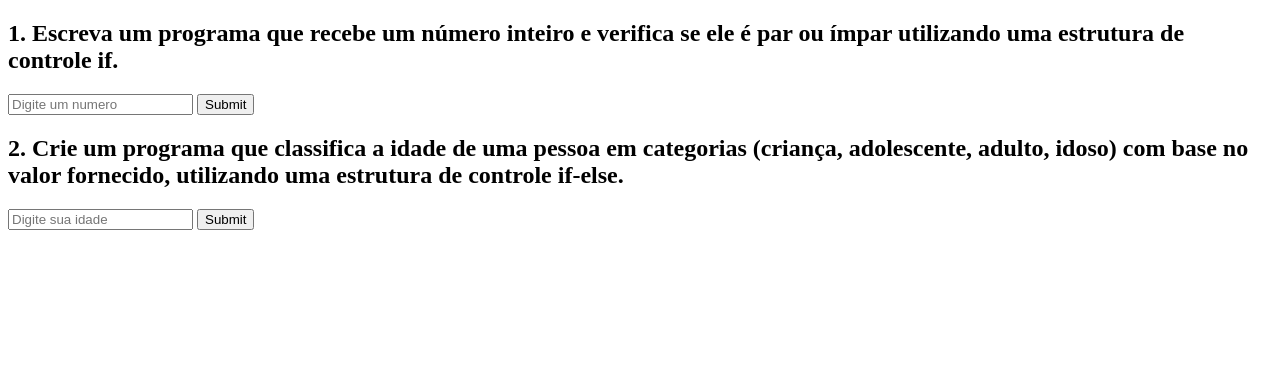
Repository: chidekina/prati-logica
Page: index.html
An editor plug-in stored every save of this project. The page is shown before and after a run of saves, followed by the edit.
The browser window is 1280 px wide. The pictures show the whole page.

Above is the page before, as saved 2025-04-29 13:58:12.

After the next 2 saves:
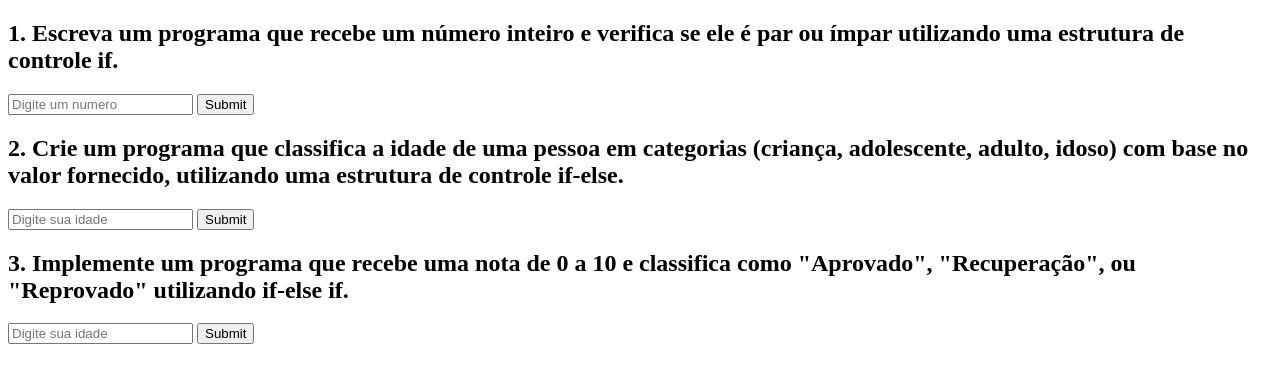
The 2 saves are shown as one change because they came seconds apart.
The last was saved 90 s later.
--- a/index.html
+++ b/index.html
@@ -30,6 +30,17 @@ controle if-else.
     </div>
     <h3 id="answer2"></h3>
 </div>
+    <div>
+        <h2>
+            3. Implemente um programa que recebe uma nota de 0 a 10 e classifica como
+"Aprovado", "Recuperação", ou "Reprovado" utilizando if-else if.
+    </h2>
+    <div>
+        <input id="task2" type="text" placeholder="Digite sua idade" />
+        <input type="submit" onclick="classificacaoEtaria()">
+    </div>
+    <h3 id="answer2"></h3>
+</div>
 </main>
 <script src="app.js"></script>
 </body>
